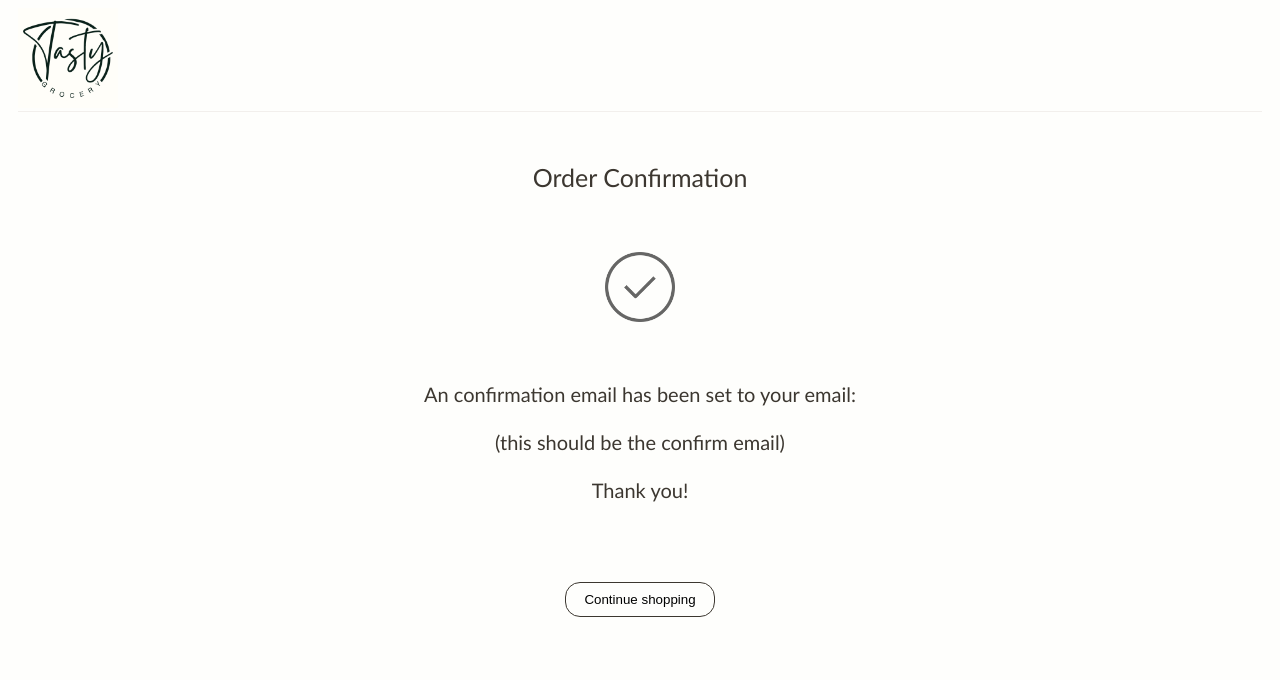
Repository: hxycindyhxy/TastyGrocery
Page: confirmation.html
The author's editor kept a record of every edit. The page is drawn from the files as they stood at one moment, then again after the next edit.
The browser window is 1280 px wide. The pictures show the whole page.

Above is the page before.
Console error: TypeError: Cannot read properties of null (reading 'addEventListener')

### confirmation.html
<!DOCTYPE html>
<html lang="en">
<head>
  <meta charset="UTF-8">
  <meta name="viewport" content="width=device-width, initial-scale=1.0">
  <title>Tasty Grocery</title>
  <link rel="stylesheet" href="style.css">
</head>
<body>
  <header>
    <a href="index.php" id="logo-button">
      <img src="img/Tasty.png" alt="Logo">
    </a>
  </header>
  <div class="border-title">
    <div class="delivery-title">
      Order Confirmation
    </div>
  </div>
  <div class="confirmation-img-container">
    <img src="img/comfirm.png" alt="tick icon">
  </div>
  <div class="confirm-msg">
    An confirmation email has been set to your email: </br></br>
    <div id="confirm-email">(this should be the confirm email)</div></br>
    Thank you!
  </div>
  <div class="continue-shopping">
    <a href="index.php">
      <button id="continue-shopping-btn">
        Continue shopping
      </button>
    </a>
  </div>

  <script src="main.js"></script>
</body>
</html>

### style.css

/* body */
body {
  background-color: #fefefc;
  padding-left: 10px;
  padding-right: 10px;s
  display: flex;
  justify-content: center;
  flex-direction: column;
  font-family:'Trebuchet MS', 'Lucida Sans Unicode', 'Lucida Grande', 'Lucida Sans', Arial, sans-serif;
  color: rgb(60, 55, 48);
}

/* header */
header {
  display: flex;
  flex-direction: row;
  align-items: center;
  justify-content: space-between;
}

/* logo button */
#logo-button {
  border:none;
  padding: none;
  background: none;
  cursor: pointer;
}

#logo-button img {
  height: 10vh;
  min-height: 100px;
}

/* shopping cart */
#cart-btn {
  border:none;
  padding: none;
  background: none;
  cursor: pointer;
}

#cart-btn img{
  height: 3vh;
  min-height: 30px;
}

/* search box */
#search-box {
  background-color: rgb(242, 239, 236);
  width: 40vw;
  height: 35px;
  border-radius: 15px;
}

#search-box form {
  width: 40vw;
  display: flex;
  flex-direction: row;
  align-items: center;
  justify-content: space-around;
}

#search-box input {
  all: unset;
  border:none;
  background-color: rgb(242, 239, 236);
  height: 25px;
  width: 30vw;
  padding-top: 4px;
  padding-left: 5px;
  border-radius: 15px;
}

#search-box button {
  border:none;
  padding: none;
  background: none;
  cursor: pointer;
}

#search-box button img {
  padding-top: 6px;
  height: 20px;
}

/* navigation bar */
#nav-bar {
  border-width: 1px 0 0 0;
  border-color: rgb(242, 239, 236);
  border-style: solid;
  justify-content:center;
  display: flex;
  flex-direction: row;
}

.catogory {
  margin: 10px 40px 10px 40px;
  font-size: 16px;
}

.catogory a {
  all: unset;
  border:none;
  padding: none;
  background: none;
  cursor: pointer;
}

.catogory a:hover {
  color: rgb(81, 135, 81);
  text-decoration: underline;
}

.sub-cat {
  color: rgb(81, 135, 81);
  position: absolute;
  display: none;
  flex-direction: column;

  padding-top: 16px;
  width: 150px;
}

.sub-cat a {
  padding-right: 20px;
  padding-bottom: 10px;
}

.catogory:hover .sub-cat {
  display: flex;
}

/* display item */
#grid-container {
  display: grid;
  grid-template-columns: 1fr 1fr 1fr 1fr; /* 4 equal columns */
  gap: 10px; /* Space between grid items */
  padding: 10px;
  margin: 80px 100px 0 100px;

  max-width: 1200px;
  margin-left: auto;
  margin-right: auto;
}

.grid-item {
  text-align: center;
  margin: 0 1vw 60px 1vw;
}

.image-container {
  background:rgb(242, 239, 236);
  padding: 8%;
  align-items: center;
  justify-content: center;
}

.image-container:hover {
  background-color: rgb(230, 208, 187);
}

.grid-item img {
  max-width: 80%;
  object-fit: contain;
}

.item-details {
  display: flex;
  flex-direction: column;
  justify-content: left;
  text-align:left;
  margin: 10px 0 0 0;
}

.item-name {
  font-size: 18px;
  margin-bottom: 15px;
}

.item-price {
  font-size: 15px;
  margin-bottom: 2px;
  color: rgb(113, 107, 100);
}

.item-unit {
  font-size: 15px;
  margin-bottom: 2px;
  color: rgb(113, 107, 100);
}

.item-stock-status {
  font-size: 15px;
  color: rgb(113, 107, 100);
}

.add-button {
  margin-top: 18px;
  width: 100%;
  height: 30px;

  border:none;
  border-style: solid;
  border-radius: 15px;
  border-width: 1px;
  border-color: rgb(60, 55, 48);
  padding: none;
  background: none;
}

.add-button:hover {
  cursor: pointer;
  border:none;
  color:#fefefc;
  background-color: rgb(60, 55, 48);
}

.add-button:active {
  background-color: rgb(81, 135, 81);
}

.add-button-disabled {
  margin-top: 18px;
  width: 100%;
  height: 30px;

  border:none;
  border-style: solid;
  border-radius: 15px;
  border-width: 1px;
  border-color: rgb(211, 211, 211);
  padding: none;
  background: none;
}

.add-button:disabled {
  color: #666;
  pointer-events: none;
  opacity: 0.5;
}

/* shopping cart */
#cart-page {
  width: 100vw;
  height: 100vh;
  display: none;
  flex-direction: row;

  position: fixed;
  top: 50%;
  left: 50%;
  transform: translate(-50%, -50%);
}

.cart-page-left {
  flex:2;
  background-color: black;
  opacity: 0.4;
}

.cart-page-right {
  flex:1;
  min-width: 450px;
  background-color: #fefefc;
  display: flex;
  flex-direction: column;
}

.cart-top {
  display: flex;
  flex-direction: row;
  justify-content: space-between;
  margin: 40px 30px 0px 30px;
  flex: 1;
  align-items: center;
}

.cart-title {
  font-size: 20px;
}

#cart-close-btn {
  all: unset;
  cursor: pointer;
}

#cart-close-btn:hover {
  color: rgb(81, 135, 81);
  cursor: pointer;
}

.cart-bottom {
  flex: 1;
  margin: 30px;
  display: flex;
  justify-content: center;
}

#check-out-btn {
  width: 30vw;
  height: 40px;

  border:none;
  border-style: solid;
  border-radius: 15px;
  border-width: 1px;
  border-color: rgb(90, 82, 72);
  padding: none;
  color:#fefefc;
  background-color: rgb(90, 82, 72);
}

#check-out-btn:hover {
  cursor: pointer;
  border:none;
  color:#fefefc;
  background-color: rgb(60, 55, 48);
}

#check-out-btn:disabled {
  background-color: #ccc;
  color: #666;
  pointer-events: none;
  opacity: 0.6;
}

.cart-content {
  flex: 10;
  margin: 30px 30px 0 30px;
}

.cart-item {
  display: grid;
  grid-template-columns: 1fr 1fr 1fr 1fr 1fr;
  gap: 3px;
  padding: 5px;

  border-style: solid;
  border-width: 0 0 1px 0;
  border-color: rgb(242, 239, 236);
}

.cart-item-image img{
  width: 100%;
  margin-right: 5px;
}

.cart-item-name {
  text-align: right;
  color: rgb(113, 107, 100);
}

.cart-item-unit-price {
  text-align: right;
  margin-right: 10px;
}

.cart-item-quantity {
  text-align: right;
}

.cart-item-remove {
  text-align: right;
}

.cart-item-remove button {
  all: unset;
}

.cart-item-remove button:hover {
  background-color: rgb(242, 239, 236);
  cursor: pointer;
}

.cart-total-price-container {
  flex: 0.5;
  text-align: right;
  margin: 30px;
  display: flex;
  flex-direction: row;
  justify-content: right;
  font-size: 18px;
}

.cart-item-quantity button {
  all: unset;
  cursor: pointer;
}

.remove-all-container {
  display: flex;
  justify-content: center;
  margin: 30px;
}

.remove-one-btn img {
  width: 20px;
}

#remove-all-btn {
  width: 100px;
  height: 30px;

  border:none;
  border-style: solid;
  border-radius: 15px;
  border-width: 1px;
  border-color: rgb(90, 82, 72);
  padding: none;
  color: rgb(90, 82, 72);
  background: none;
}

#remove-all-btn:hover {
  cursor: pointer;
  border:none;
  color:#fefefc;
  background-color: rgb(90, 82, 72);
}

.cart-item-quantity .minus-btn, .cart-item-quantity .plus-btn {
  border-style: solid;
  border-width: 1px;
  border-color: rgb(90, 82, 72);
}

.minus-btn:disabled, .plus-btn:disabled {
  background-color: #ccc;
  color: #666;
  pointer-events: none;
  opacity: 0.6;
}

.cart-item-quantity .minus-btn:hover {
  cursor: pointer;
  color:#fefefc;
  background-color: rgb(90, 82, 72);
}

.cart-item-quantity .plus-btn:hover {
  cursor: pointer;
  color:#fefefc;
  background-color: rgb(90, 82, 72);
}

/* delivery page*/
.border-title {
  border-width: 1px 0 0 0;
  border-color: rgb(242, 239, 236);
  border-style: solid;

  display: flex;
  flex-direction: row;
  justify-content: center;
}

.delivery-title {
  margin: 50px;
  font-size: 25px;
}

.form-container {
  display: flex;
  justify-content: center;
}

#delivery-info-form {
  width: 500px;
}

#delivery-info-form input {
  all: unset;
  border: solid;
  border-width: 1.5px;
  border-color: rgb(224, 220, 217);
  border-radius: 10px;
  height: 50px;
  padding-left: 10px;
}

#delivery-info-form input:focus {
  border-color: rgb(90, 82, 72);
}

#state-option {
  all: unset;
  border: solid;
  border-width: 1.5px;
  border-color: rgb(224, 220, 217);
  border-radius: 10px;
  height: 50px;
  padding-left: 10px;

  align-items: center;
  color: rgb(114, 113, 112);
}

#state-option:focus {
  border-color: rgb(90, 82, 72);
}

.delivery-subtitle {
  font-size: 20px;
  margin-bottom: 20px;
  font-weight: bold;
}

.name-input-container, .more-address-container {
  display: flex;
  flex-direction: row;
  justify-content: space-between;
  margin-top: 20px;
}

.input-vertical {
  display: flex;
  flex-direction: column;
}

.sub-sub-title {
  margin-bottom: 8px;
}

#first-name-block input {
  width: 230px;
}

#last-name-block input {
  width: 230px;
}

#mobile-number-input-container, #email-input-container {
  margin-top: 20px;
}

#mobile-number-input-container input {
  width: 490px;
}

#email-input-container input {
  width: 490px;
}

#info-address {
  margin-top: 40px;
}

#city-block input {
  width: 280px;
}

#state-option {
  width: 180px;
}

#place-order-btn {
  width: 500px;
  height: 40px;
  margin-top: 40px;

  border:none;
  border-style: solid;
  border-radius: 15px;
  border-width: 1px;
  border-color: rgb(90, 82, 72);
  padding: none;
  color:#fefefc;
  background-color: rgb(90, 82, 72);
}

#place-order-btn:hover {
  cursor: pointer;
  border:none;
  color:#fefefc;
  background-color: rgb(60, 55, 48);
}

/* confirmation page */
.confirmation-img-container {
  display: flex;
  justify-content: center;
}

.confirmation-img-container img {
  margin-top: 10px;
  width: 70px;
  opacity: 0.6;
}

.confirm-msg {
  margin-top: 60px;
  font-size: 20px;
  text-align: center;
}

.continue-shopping {
  display: flex;
  justify-content: center;
}

#continue-shopping-btn {
  margin-top: 80px;
  width: 150px;
  height: 35px;

  border:none;
  border-style: solid;
  border-radius: 15px;
  border-width: 1px;
  border-color: rgb(60, 55, 48);
  padding: none;
  background: none;
}

#continue-shopping-btn:hover {
  cursor: pointer;
  border:none;
  color:#fefefc;
  background-color: rgb(60, 55, 48);
}

### main.js
//What's next?
  // Check out button disabled.


//Make a Cart Instance
function getCart() {
  const cart = localStorage.getItem('cart');
  return cart ? JSON.parse(cart) : [];
}

// Check Loading Stock Status
function checkStatus() {
  const currentCart = getCart()
  const productButtons = document.querySelectorAll('.add-button');
  const productStatuses = document.querySelectorAll('.item-stock-status');
  for (const item of currentCart) {
      const productName = Object.keys(item)[0];
      const itemQuantity = item[Object.keys(item)[0]]
      const productButton = Array.from(productButtons).find(btn =>
        btn.getAttribute('data-name') === productName
      );
      const stockNumber = productButton.getAttribute('data-stockNumber');
      productButton.disabled = itemQuantity >= stockNumber;

      const productStatus = Array.from(productStatuses).find(status =>
        status.getAttribute('data-name') === productName
      );
      if (itemQuantity >= stockNumber) {
        productStatus.textContent = "Out of Stock";
      } else {
        productStatus.textContent = "In Stock";
      }
  };
}

checkStatus()

//Check Out Button
function checkOutStatusCheck() {
  const displayCart = localStorage.getItem('cart');
  if (displayCart.length === 2) {
    checkOutBtn.disabled = true;
  } else {
    checkOutBtn.disabled = false;
  }
}

//Shopping Cart Displayed
const cartPage = document.getElementById('cart-page');
const cartCloseBtn = document.getElementById('cart-close-btn');
const cartBtn = document.getElementById('cart-btn');
const checkOutBtn = document.getElementById('check-out-btn');

cartCloseBtn.addEventListener('click', () => {
  cartPage.style.display = 'none';
  checkStatus()
})

cartBtn.addEventListener('click', () => {
  cartPage.style.display = 'flex';
  checkOutStatusCheck()
  displayItemCart()
})

checkOutBtn.addEventListener('click', ()=> {
  // cartPage.style.display = 'none';
})

//Shopping Cart Functions
function displayItemCart() {
  const displayCart = getCart()

  if (displayCart.length === 0) {
      removeAllBtn.style.display = "none";
      // checkOutBtn.disabled
  } else {
      removeAllBtn.style.display = "block";
  }

  const cartContainer = document.getElementById("cart-item-list");
  cartContainer.innerHTML = '';

  const productButtons = document.querySelectorAll('.add-button');

  for (const item of displayCart) {
    const productName = Object.keys(item)[0];
    const itemQuantity = item[Object.keys(item)[0]]

    const productButton = Array.from(productButtons).find(btn =>
      btn.getAttribute('data-name') === productName
    );

    const image = productButton.getAttribute('data-image');
    const price = productButton.getAttribute('data-price');
    const unit = productButton.getAttribute('data-unit');
    const stockNumber = productButton.getAttribute('data-stockNumber');

    const cartItemHTML = `
        <div class="cart-item">
          <div class="cart-item-image">
            <img src="${image}" alt="${productName}">
          </div>
          <div class="cart-item-name">${productName}</div>
          <div class="cart-item-unit-price">${price}<br>${unit}</div>
          <div class="cart-item-quantity">
            <button class="minus-btn" data-name="${productName}">&nbsp;-&nbsp;</button>
            <span class="quantity-number">${itemQuantity}</span>
            <button class="plus-btn" data-name="${productName}">&nbsp;+&nbsp;</button>
          </div>
          <div class="cart-item-remove">
            <button class="remove-one-btn" data-name="${productName}">
              <img src="img/bin.png" alt="bin">
            </button>
          </div>
        </div>
      `;

    cartContainer.insertAdjacentHTML('beforeend', cartItemHTML);
    const minusBtn = document.querySelector(`.minus-btn[data-name="${productName}"]`);
    minusBtn.disabled = itemQuantity <= 1;

    const plusBtn = document.querySelector(`.plus-btn[data-name="${productName}"]`);
    plusBtn.disabled = itemQuantity >= stockNumber;
    productButton.disabled = itemQuantity >= stockNumber;
  }
  totalPrice()

  //Remove Item
  document.querySelectorAll('.remove-one-btn').forEach(btn => {
    btn.onclick = () => {
      const productName = btn.getAttribute('data-name');
      let cart = getCart().filter(item => Object.keys(item)[0] !== productName);
      localStorage.setItem('cart', JSON.stringify(cart));
      displayItemCart();

      const productStatuses = document.querySelectorAll('.item-stock-status');
      const productStatus = Array.from(productStatuses).find(status =>
        status.getAttribute('data-name') === productName
      );
        productStatus.textContent = "In Stock";

      const productButton = Array.from(productButtons).find(btn =>
        btn.getAttribute('data-name') === productName
      );
      productButton.disabled = false
    };
  });

  // Increase Quantity
  document.querySelectorAll('.plus-btn').forEach(btn => {
    btn.onclick = () => {
      const displayCart = getCart()
      const productName = btn.getAttribute('data-name');
      const existingItem = displayCart.find(item => Object.keys(item)[0] === productName);
      let productQuantity = existingItem[productName] + 1;
      existingItem[productName] = productQuantity;
      localStorage.setItem('cart', JSON.stringify(displayCart));
      displayItemCart();
    };
  });

  //Decrease Quantity
    document.querySelectorAll('.minus-btn').forEach(btn => {
    btn.onclick = () => {
      const displayCart = getCart()
      const productName = btn.getAttribute('data-name');
      const existingItem = displayCart.find(item => Object.keys(item)[0] === productName);
      let productQuantity = existingItem[productName] - 1;
      existingItem[productName] = productQuantity;
      localStorage.setItem('cart', JSON.stringify(displayCart));
      displayItemCart();
    };
  });

}

function totalPrice() {
  const displayCart = getCart()

  let totalPrice = 0

  for (const item of displayCart) {
    const productName = Object.keys(item)[0];
    const itemQuantity = item[Object.keys(item)[0]]

    const productButtons = document.querySelectorAll('.add-button');

    const productButton = Array.from(productButtons).find(btn =>
      btn.getAttribute('data-name') === productName
    );
    const price = productButton.getAttribute('data-price');

    const productConsumption = price * itemQuantity
    totalPrice += productConsumption
  }
  const totalPriceContainer = document.getElementById("cart-total-price")
  totalPriceContainer.innerText = totalPrice
}

//Add Item
const addButtons = document.querySelectorAll('.add-button');
addButtons.forEach(button => {
  button.addEventListener('click', function() {
    const productName = button.getAttribute('data-name');

    let currentCart = getCart()

    const existingItem = currentCart.find(item => Object.keys(item)[0] === productName);

    let productQuantity = 1;

    if (existingItem) {
      productQuantity = existingItem[productName] + 1;
      existingItem[productName] = productQuantity;
    } else {
      currentCart.push({ [productName]: productQuantity });
    }

    localStorage.setItem('cart', JSON.stringify(currentCart));

    displayItemCart();
  });
});


//Remove All Items
const removeAllBtn = document.getElementById('remove-all-btn');

removeAllBtn.addEventListener('click', ()=> {
  localStorage.removeItem('cart');
  displayItemCart()
})

### confirmation.js
//Pass the email address to this page
const emailConfirmContainer = document.getElementById("confirm-email");

let emailConfirm = localStorage.getItem('email');
console.log(emailConfirm);

const emailHTML = `<div>${emailConfirm}</div>`
emailConfirmContainer.insertAdjacentHTML('beforeend', emailHTML)

After the next edit:
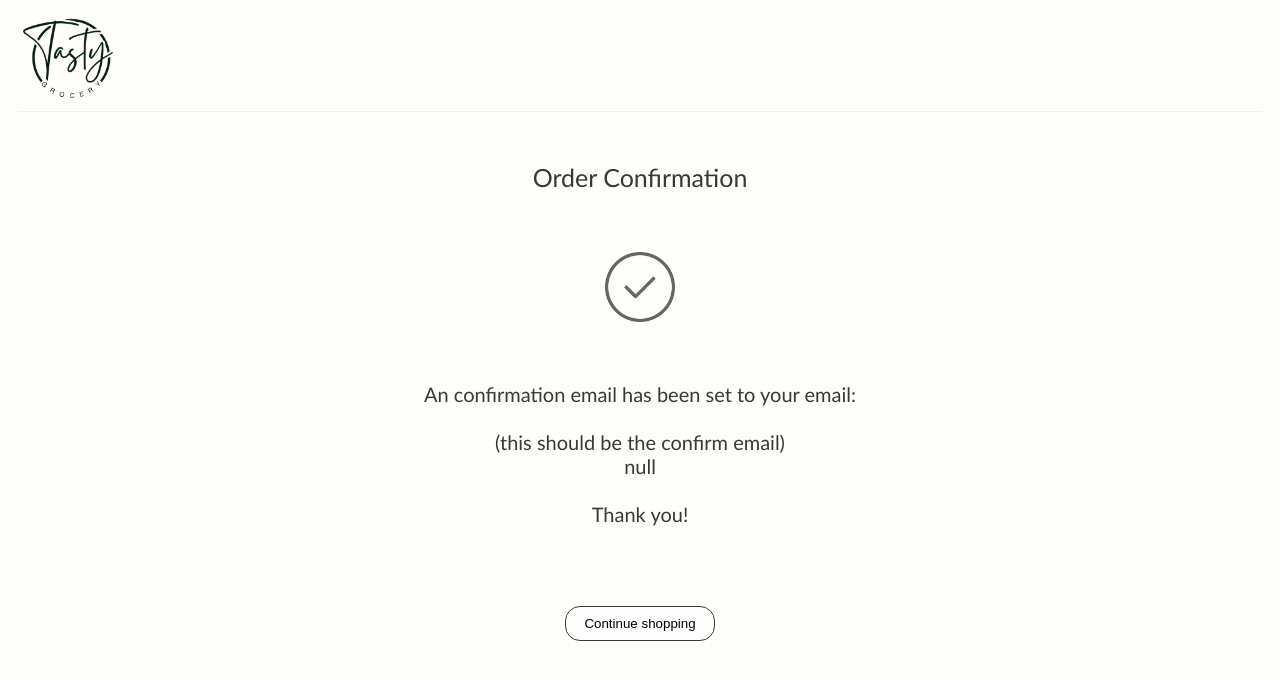
The error is gone.
The edit:
--- a/confirmation.html
+++ b/confirmation.html
@@ -33,6 +33,6 @@
     </a>
   </div>
 
-  <script src="main.js"></script>
+  <script src="confirmation.js"></script>
 </body>
 </html>
